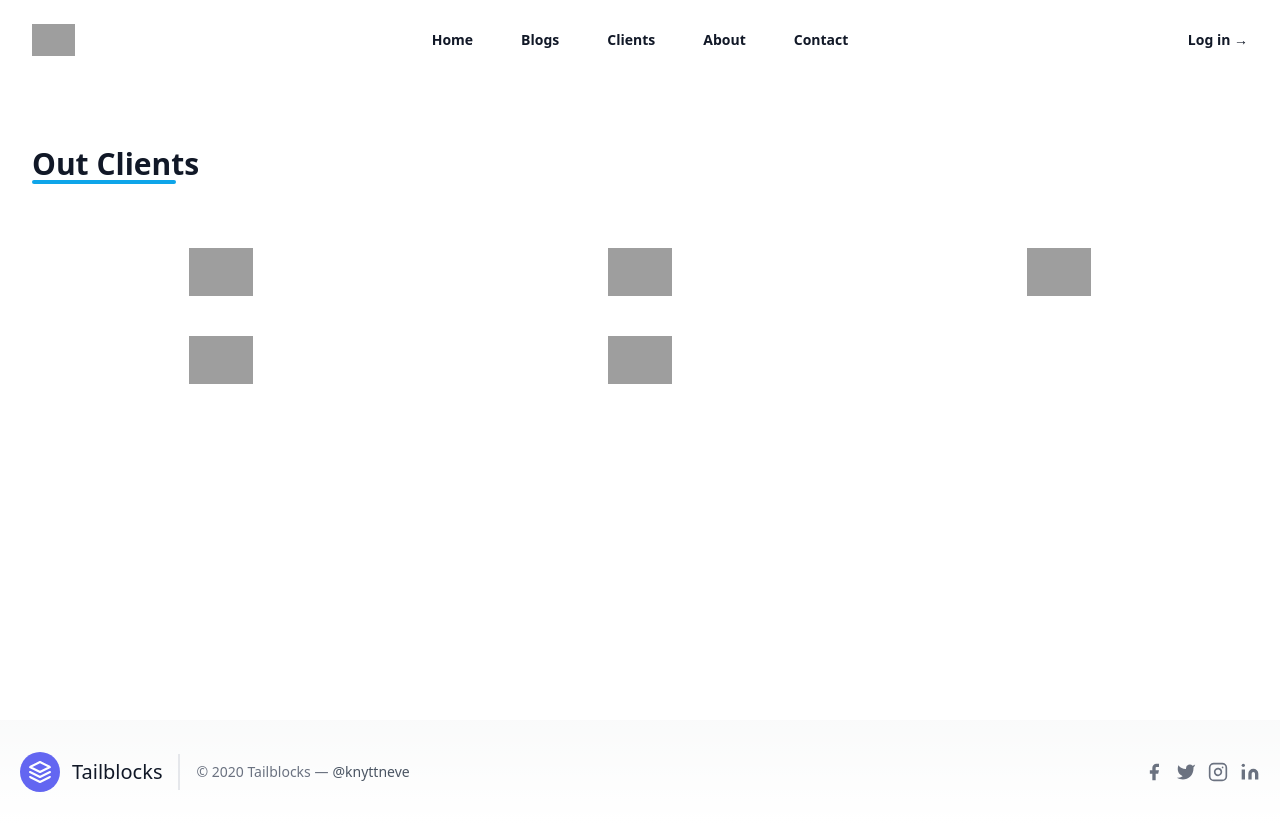
Repository: prashant523580/showcase
Page: /clients
An editor plug-in stored every save of this project. The page is shown before and after the next save, followed by the edit.
The browser window is 1280 px wide. The pictures show the whole page.
Pictures or frames that could not be fetched are drawn as grey boxes. The project was rebuilt for these pictures with package versions that can differ from the ones it lists, and the page was loaded fresh each time. The framework's server and built-in components were replaced by stand-ins that run in the browser. Also part of the build but not shown: next.config.js.

Above is the page before, as saved 2023-03-25 14:58:30.

### src/pages/_app.tsx
import Footer from '@/components/Footer'
import Navbar from '@/components/Navbar'
import '@/styles/globals.css'
import type { AppProps } from 'next/app'

export default function App({ Component, pageProps }: AppProps) {
  return(
<>
    <Navbar/>
    <Component {...pageProps} />
    <Footer/>
</>
    )
}

### src/pages/clients.tsx
export default function Clients() {
    return (
      <div className="bg-white py-24 sm:py-32 h-[100vh]">
        <div className="mx-auto max-w-7xl px-6 lg:px-8">
          <h2 className="mt-5 text-3xl capitalize font-bold leading-8 text-gray-900">
           out clients
          </h2>
          <div className="h-1 w-36 bg-sky-500 rounded-md"></div>
          <div className="mx-auto mt-16 grid max-w-lg grid-cols-3 items-center gap-x-8 gap-y-10 sm:max-w-xl sm:grid-cols-3 sm:gap-x-10 lg:mx-0 lg:max-w-none lg:grid-cols-3">
            <img
              className="col-span-2 max-h-12 w-full object-contain lg:col-span-1"
              src="https://tailwindui.com/img/logos/158x48/transistor-logo-gray-900.svg"
              alt="Transistor"
              width={158}
              height={55}
            />
            <img
              className="col-span-2 max-h-12 w-full object-contain lg:col-span-1"
              src="https://tailwindui.com/img/logos/158x48/reform-logo-gray-900.svg"
              alt="Reform"
              width={158}
              height={55}
            />
            <img
              className="col-span-2 max-h-12 w-full object-contain lg:col-span-1"
              src="https://tailwindui.com/img/logos/158x48/tuple-logo-gray-900.svg"
              alt="Tuple"
              width={158}
              height={55}
            />
            <img
              className="col-span-2 max-h-12 w-full object-contain sm:col-start-2 lg:col-span-1"
              src="https://tailwindui.com/img/logos/158x48/savvycal-logo-gray-900.svg"
              alt="SavvyCal"
              width={158}
              height={55}
            />
            <img
              className="col-span-2 col-start-2 max-h-12 w-full object-contain sm:col-start-auto lg:col-span-1"
              src="https://tailwindui.com/img/logos/158x48/statamic-logo-gray-900.svg"
              alt="Statamic"
              width={158}
              height={55}
            />
          </div>
        </div>
      </div>
    )
  }

### src/components/Footer.tsx
import React from 'react'

export default function Footer() {
  return (
    <footer className="text-gray-600 body-font">
  <div className="container px-5 py-8 mx-auto flex items-center sm:flex-row flex-col">
    <a className="flex title-font font-medium items-center md:justify-start justify-center text-gray-900">
      <svg xmlns="http://www.w3.org/2000/svg" fill="none" stroke="currentColor" stroke-linecap="round" stroke-linejoin="round" stroke-width="2" className="w-10 h-10 text-white p-2 bg-indigo-500 rounded-full" viewBox="0 0 24 24">
        <path d="M12 2L2 7l10 5 10-5-10-5zM2 17l10 5 10-5M2 12l10 5 10-5"></path>
      </svg>
      <span className="ml-3 text-xl">Tailblocks</span>
    </a>
    <p className="text-sm text-gray-500 sm:ml-4 sm:pl-4 sm:border-l-2 sm:border-gray-200 sm:py-2 sm:mt-0 mt-4">© 2020 Tailblocks —
      <a href="https://twitter.com/knyttneve" className="text-gray-600 ml-1" rel="noopener noreferrer" target="_blank">@knyttneve</a>
    </p>
    <span className="inline-flex sm:ml-auto sm:mt-0 mt-4 justify-center sm:justify-start">
      <a className="text-gray-500">
        <svg fill="currentColor" stroke-linecap="round" stroke-linejoin="round" stroke-width="2" className="w-5 h-5" viewBox="0 0 24 24">
          <path d="M18 2h-3a5 5 0 00-5 5v3H7v4h3v8h4v-8h3l1-4h-4V7a1 1 0 011-1h3z"></path>
        </svg>
      </a>
      <a className="ml-3 text-gray-500">
        <svg fill="currentColor" stroke-linecap="round" stroke-linejoin="round" stroke-width="2" className="w-5 h-5" viewBox="0 0 24 24">
          <path d="M23 3a10.9 10.9 0 01-3.14 1.53 4.48 4.48 0 00-7.86 3v1A10.66 10.66 0 013 4s-4 9 5 13a11.64 11.64 0 01-7 2c9 5 20 0 20-11.5a4.5 4.5 0 00-.08-.83A7.72 7.72 0 0023 3z"></path>
        </svg>
      </a>
      <a className="ml-3 text-gray-500">
        <svg fill="none" stroke="currentColor" stroke-linecap="round" stroke-linejoin="round" stroke-width="2" className="w-5 h-5" viewBox="0 0 24 24">
          <rect width="20" height="20" x="2" y="2" rx="5" ry="5"></rect>
          <path d="M16 11.37A4 4 0 1112.63 8 4 4 0 0116 11.37zm1.5-4.87h.01"></path>
        </svg>
      </a>
      <a className="ml-3 text-gray-500">
        <svg fill="currentColor" stroke="currentColor" stroke-linecap="round" stroke-linejoin="round" stroke-width="0" className="w-5 h-5" viewBox="0 0 24 24">
          <path stroke="none" d="M16 8a6 6 0 016 6v7h-4v-7a2 2 0 00-2-2 2 2 0 00-2 2v7h-4v-7a6 6 0 016-6zM2 9h4v12H2z"></path>
          <circle cx="4" cy="4" r="2" stroke="none"></circle>
        </svg>
      </a>
    </span>
  </div>
</footer>
  )
}

### src/components/Navbar.tsx
// import React from 'react'

// export default function Navbar() {
//   return (
//     <header className="text-gray-600 body-font">
//   <div className="container mx-auto flex flex-wrap p-5 flex-col md:flex-row items-center">
//     <nav className="flex lg:w-2/5 flex-wrap items-center text-base md:ml-auto">
//       <a className="mr-5 hover:text-gray-900">First Link</a>
//       <a className="mr-5 hover:text-gray-900">Second Link</a>
//       <a className="mr-5 hover:text-gray-900">Third Link</a>
//       <a className="hover:text-gray-900">Fourth Link</a>
//     </nav>
//     <a className="flex order-first lg:order-none lg:w-1/5 title-font font-medium items-center text-gray-900 lg:items-center lg:justify-center mb-4 md:mb-0">
//       <svg xmlns="http://www.w3.org/2000/svg" fill="none" stroke="currentColor" stroke-linecap="round" stroke-linejoin="round" stroke-width="2" className="w-10 h-10 text-white p-2 bg-indigo-500 rounded-full" viewBox="0 0 24 24">
//         <path d="M12 2L2 7l10 5 10-5-10-5zM2 17l10 5 10-5M2 12l10 5 10-5"></path>
//       </svg>
//       <span className="ml-3 text-xl">Tailblocks</span>
//     </a>
//     <div className="lg:w-2/5 inline-flex lg:justify-end ml-5 lg:ml-0">
//       <button className="inline-flex items-center bg-gray-100 border-0 py-1 px-3 focus:outline-none hover:bg-gray-200 rounded text-base mt-4 md:mt-0">Button
//         <svg fill="none" stroke="currentColor" stroke-linecap="round" stroke-linejoin="round" stroke-width="2" className="w-4 h-4 ml-1" viewBox="0 0 24 24">
//           <path d="M5 12h14M12 5l7 7-7 7"></path>
//         </svg>
//       </button>
//     </div>
//   </div>
// </header>
//   )
// }
import React, { useState } from 'react'
import { Dialog } from '@headlessui/react'
import { Bars3Icon, XMarkIcon } from '@heroicons/react/24/outline'
import Link from 'next/link'

const navigation = [
  { name: 'Home', href: '/' },
  { name: 'Blogs', href: '/blogs' },
  { name: 'Clients', href: '/clients' },
  { name: 'About', href: '/about' },
  { name: 'Contact', href: '/contact' },
]

export default function Example() {
  const [mobileMenuOpen, setMobileMenuOpen] = useState(false)

  return (
    <div className="bg-white">
      <header className="absolute bg-white inset-x-0 top-0 z-50">
        <nav className="flex items-center justify-between p-6 lg:px-8" aria-label="Global">
          <div className="flex lg:flex-1">
            <Link href="/" className="-m-1.5 p-1.5">
              <span className="sr-only">Your Company</span>
              <img
                className="h-8 w-auto"
                src="https://tailwindui.com/img/logos/mark.svg?color=indigo&shade=600"
                alt=""
              />
            </Link>
          </div>
          <div className="flex lg:hidden">
            <button
              type="button"
              className="-m-2.5 inline-flex items-center justify-center rounded-md p-2.5 text-gray-700"
              onClick={() => setMobileMenuOpen(true)}
            >
              <span className="sr-only">Open main menu</span>
              <Bars3Icon className="h-6 w-6" aria-hidden="true" />
            </button>
          </div>
          <div className="hidden lg:flex lg:gap-x-12">
            {navigation.map((item) => (
              <Link key={item.name} href={item.href} className="text-sm font-semibold leading-6 text-gray-900">
                {item.name}
              </Link>
            ))}
          </div>
          <div className="hidden lg:flex lg:flex-1 lg:justify-end">
            <Link href="#" className="text-sm font-semibold leading-6 text-gray-900">
              Log in <span aria-hidden="true">&rarr;</span>
            </Link>
          </div>
        </nav>
        <Dialog as="div" className="lg:hidden transition-all" open={mobileMenuOpen} onClose={setMobileMenuOpen}>
          <div className="fixed inset-0 z-50  transition-all" />
          <Dialog.Panel className="fixed transition-all inset-y-0 right-0 z-50 w-full overflow-y-auto bg-white px-6 py-6 sm:max-w-sm sm:ring-1 sm:ring-gray-900/10">
            <div className="flex items-center justify-between">
              <Link href="#" className="-m-1.5 p-1.5">
                <span className="sr-only">Your Company</span>
                <img
                  className="h-8 w-auto"
                  src="https://tailwindui.com/img/logos/mark.svg?color=indigo&shade=600"
                  alt=""
                />
              </Link>
              <button
                type="button"
                className="-m-2.5 rounded-md p-2.5 text-gray-700"
                onClick={() => setMobileMenuOpen(false)}
              >
                <span className="sr-only">Close menu</span>
                <XMarkIcon className="h-6 w-6" aria-hidden="true" />
              </button>
            </div>
            <div className="mt-6 flow-root">
              <div className="-my-6 divide-y divide-gray-500/10">
                <div className="space-y-2 py-6">
                  {navigation.map((item) => (
                    <Link
                      key={item.name}
                      href={item.href}
                      className="-mx-3 block rounded-lg py-2 px-3 text-base font-semibold leading-7 text-gray-900 hover:bg-gray-50"
                    >
                      {item.name}
                    </Link>
                  ))}
                </div>
                <div className="py-6">
                  <Link
                    href="#"
                    className="-mx-3 block rounded-lg py-2.5 px-3 text-base font-semibold leading-7 text-gray-900 hover:bg-gray-50"
                  >
                    Log in
                  </Link>
                </div>
              </div>
            </div>
          </Dialog.Panel>
        </Dialog>
      </header>


    </div>
  )
}

Loaded but not shown: src/pages/_document.tsx (common file); src/styles/globals.css (common file); tailwind.config.js (common file)

After the next save:
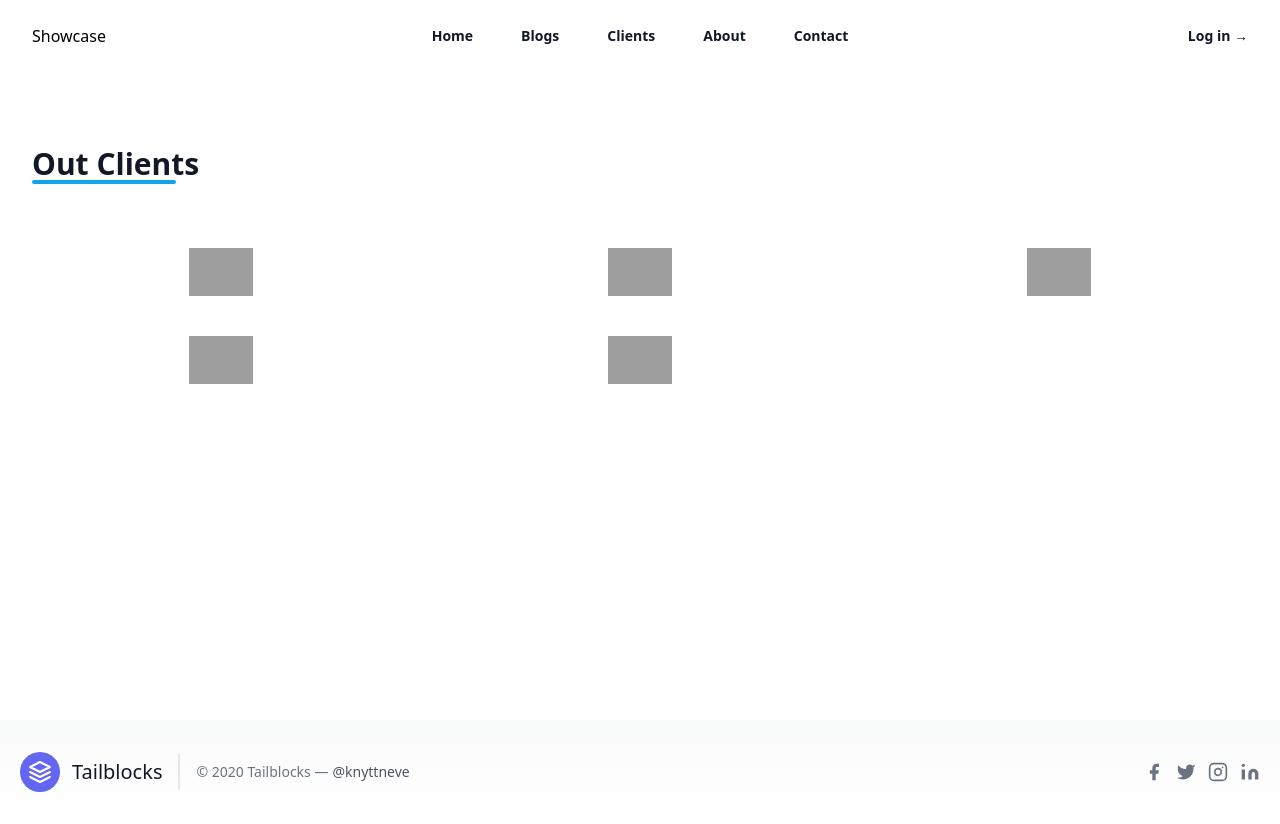
Saved 68 s later.
--- a/src/components/Navbar.tsx
+++ b/src/components/Navbar.tsx
@@ -49,12 +49,13 @@ export default function Example() {
         <nav className="flex items-center justify-between p-6 lg:px-8" aria-label="Global">
           <div className="flex lg:flex-1">
             <Link href="/" className="-m-1.5 p-1.5">
-              <span className="sr-only">Your Company</span>
-              <img
+              <span className="sr-only">Showcase</span>
+              {/* <img
                 className="h-8 w-auto"
                 src="https://tailwindui.com/img/logos/mark.svg?color=indigo&shade=600"
                 alt=""
-              />
+              /> */}
+              <h1>Showcase</h1>
             </Link>
           </div>
           <div className="flex lg:hidden">
@@ -85,7 +86,7 @@ export default function Example() {
           <Dialog.Panel className="fixed transition-all inset-y-0 right-0 z-50 w-full overflow-y-auto bg-white px-6 py-6 sm:max-w-sm sm:ring-1 sm:ring-gray-900/10">
             <div className="flex items-center justify-between">
               <Link href="#" className="-m-1.5 p-1.5">
-                <span className="sr-only">Your Company</span>
+                <span className="sr-only">Showcase</span>
                 <img
                   className="h-8 w-auto"
                   src="https://tailwindui.com/img/logos/mark.svg?color=indigo&shade=600"
